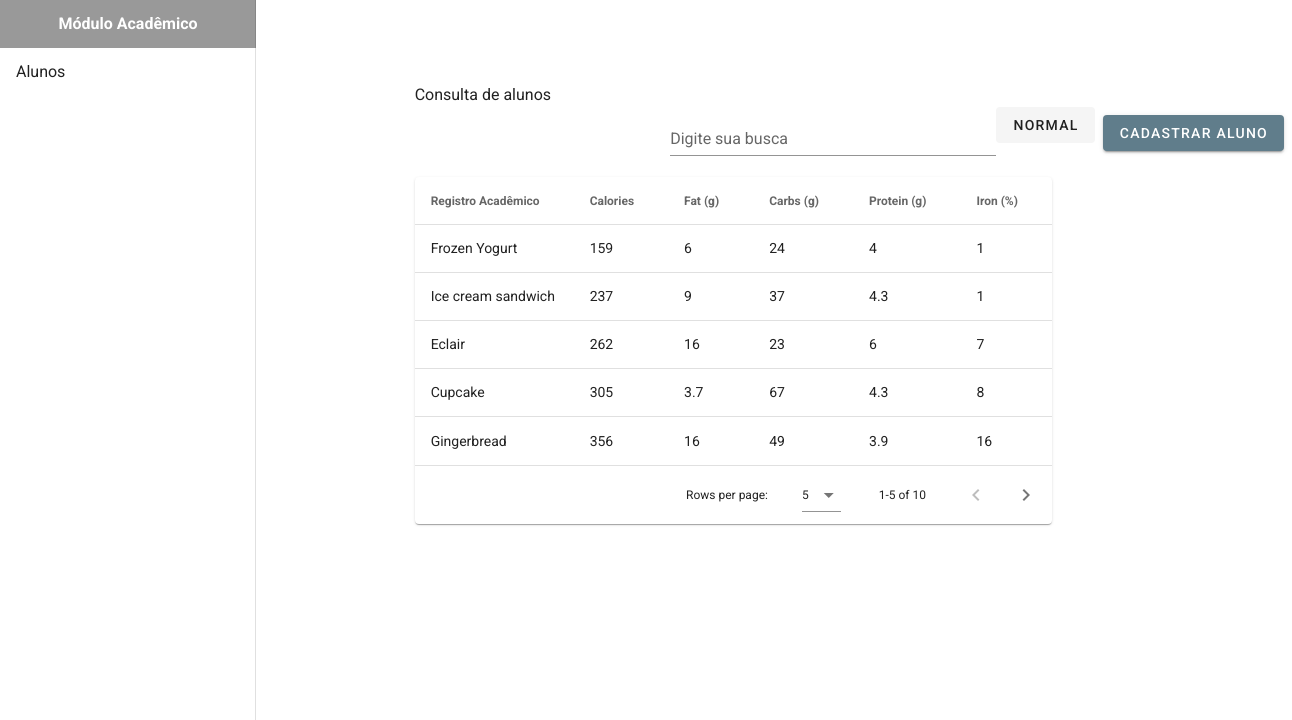
Repository: sergiohidekiono/vue-student
Page: /
An editor plug-in stored every save of this project. The page is shown before and after the next save, followed by the edit.
The browser window is 1280 px wide. The page is 1292 px wide, so the pictures cover 1292 px, including what lies to the right of the window. The pictures show the whole page.
The project was rebuilt for these pictures with package versions that can differ from the ones it lists, and the page was loaded fresh each time. Also part of the build but not shown: vue.config.js.

Above is the page before, as saved 2024-08-07 10:05:15.

### src/App.vue
<template>
  <v-app>
    <v-main class="wrapper">
      <StudentList class="wrapper" />
    </v-main>
  </v-app>
</template>

<script>
import StudentList from './components/student-list';

export default {
  name: 'App',

  components: {
    StudentList,
  },

  data: () => ({
    //
  }),
};
</script>

<style>
.wrapper {
  width: 100vw;
  height: 100vh;
  margin: 0;
}
</style>

### src/components/student-list.vue
<template>
    <v-container>
        <v-row>
            <div class="d-flex align-start">
                <v-img :src="require('../assets/logo.png')" class="my-3" />
            </div>
        </v-row>
        <v-row>
            <v-col cols="2">
                <v-navigation-drawer v-model="drawer" app clipped :permanent="false">
                    <v-list>
                        <v-list-item>
                            <v-list-item-content class="header-table" style="padding: 0 !important;">
                                <v-list-item-title style="padding: 0; margin: 0;">
                                    <h4 class="d-flex justify-center">Módulo Acadêmico</h4>
                                </v-list-item-title>
                            </v-list-item-content>
                        </v-list-item>
                        <v-list-item link>
                            <v-list-item-content style="padding: 0;">
                                <v-list-item-title class="ml-4">Alunos</v-list-item-title>
                            </v-list-item-content>
                        </v-list-item>
                    </v-list>
                </v-navigation-drawer>
            </v-col>
            <v-col cols="10">
                <v-row cols="12" justify="center">
                    <v-row>
                        <span>Consulta de alunos</span>
                    </v-row>
                    <v-row>
                        <v-text-field label="Digite sua busca"></v-text-field>
                        <v-btn depressed> Normal </v-btn>
                        <v-btn :loading="loading3" :disabled="loading3" color="blue-grey" class="ma-2 white--text"
                            @click="loader = 'loading3'"> Cadastrar Aluno </v-btn>
                    </v-row>
                    <v-row>
                        <template>
                            <v-data-table :headers="headers" :items="desserts" :items-per-page="5"
                                class="elevation-1"></v-data-table>
                        </template>
                    </v-row>
                </v-row>
            </v-col>
        </v-row>
    </v-container>
</template>

<script>

export default {
    name: 'StudentList',
    data() {
        return {
            headers: [
                {
                    text: 'Registro Acadêmico',
                    value: 'name',
                },
                { text: 'Calories', value: 'calories' },
                { text: 'Fat (g)', value: 'fat' },
                { text: 'Carbs (g)', value: 'carbs' },
                { text: 'Protein (g)', value: 'protein' },
                { text: 'Iron (%)', value: 'iron' },
            ],
            desserts: [
                {
                    name: 'Frozen Yogurt',
                    calories: 159,
                    fat: 6.0,
                    carbs: 24,
                    protein: 4.0,
                    iron: 1,
                },
                {
                    name: 'Ice cream sandwich',
                    calories: 237,
                    fat: 9.0,
                    carbs: 37,
                    protein: 4.3,
                    iron: 1,
                },
                {
                    name: 'Eclair',
                    calories: 262,
                    fat: 16.0,
                    carbs: 23,
                    protein: 6.0,
                    iron: 7,
                },
                {
                    name: 'Cupcake',
                    calories: 305,
                    fat: 3.7,
                    carbs: 67,
                    protein: 4.3,
                    iron: 8,
                },
                {
                    name: 'Gingerbread',
                    calories: 356,
                    fat: 16.0,
                    carbs: 49,
                    protein: 3.9,
                    iron: 16,
                },
                {
                    name: 'Jelly bean',
                    calories: 375,
                    fat: 0.0,
                    carbs: 94,
                    protein: 0.0,
                    iron: 0,
                },
                {
                    name: 'Lollipop',
                    calories: 392,
                    fat: 0.2,
                    carbs: 98,
                    protein: 0,
                    iron: 2,
                },
                {
                    name: 'Honeycomb',
                    calories: 408,
                    fat: 3.2,
                    carbs: 87,
                    protein: 6.5,
                    iron: 45,
                },
                {
                    name: 'Donut',
                    calories: 452,
                    fat: 25.0,
                    carbs: 51,
                    protein: 4.9,
                    iron: 22,
                },
                {
                    name: 'KitKat',
                    calories: 518,
                    fat: 26.0,
                    carbs: 65,
                    protein: 7,
                    iron: 6,
                },
            ],
        }
    }
}

</script>

<style scoped>
.v-list-item.theme--light .header-table {
    color: white;
    padding: 0 !important;
}

.v-list-item.theme--light {
    padding: 0 !important;
    background: #999999;
}

.v-list.v-sheet.theme--light {
    padding: 0 !important;
}

.v-list-item.v-list-item--link.theme--light {
    background: white;
}
</style>

Loaded but not shown: public/index.html (common file); src/main.js (common file); src/plugins/vuetify.js (common file)

After the next save:
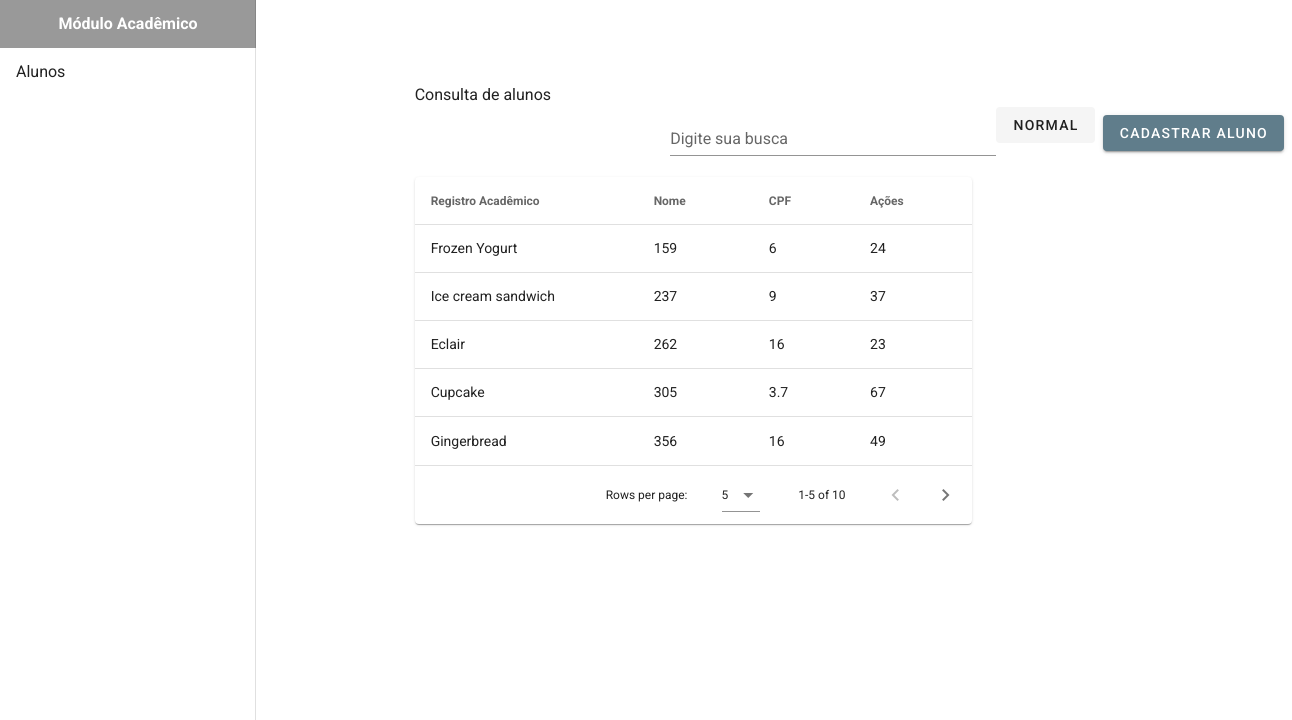
Saved 20 s later.
--- a/src/components/student-list.vue
+++ b/src/components/student-list.vue
@@ -58,11 +58,9 @@ export default {
                     text: 'Registro Acadêmico',
                     value: 'name',
                 },
-                { text: 'Calories', value: 'calories' },
-                { text: 'Fat (g)', value: 'fat' },
-                { text: 'Carbs (g)', value: 'carbs' },
-                { text: 'Protein (g)', value: 'protein' },
-                { text: 'Iron (%)', value: 'iron' },
+                { text: 'Nome', value: 'calories' },
+                { text: 'CPF', value: 'fat' },
+                { text: 'Ações', value: 'carbs' }
             ],
             desserts: [
                 {
